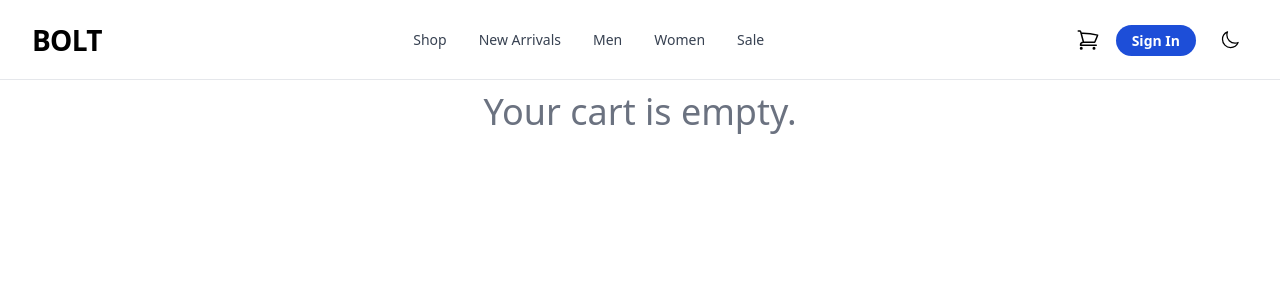
Repository: coder101-js/Ecommer-Store
Page: /Cart
An editor plug-in stored every save of this project. The page is shown before and after the next save, followed by the edit.
The browser window is 1280 px wide. The pictures show the whole page.
The project was rebuilt for these pictures with package versions that can differ from the ones it lists, and the page was loaded fresh each time. The framework's server and built-in components were replaced by stand-ins that run in the browser. Also part of the build but not shown: next.config.mjs.

Above is the page before, as saved 2025-07-19 20:17:17.

After the next save:
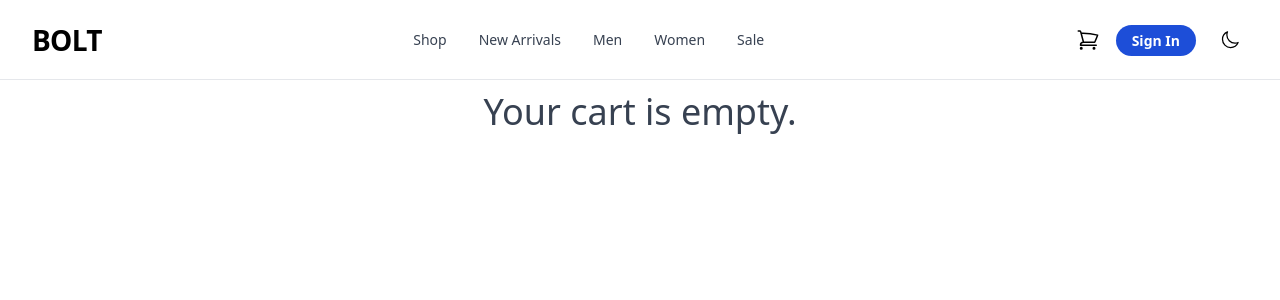
Saved 18 s later.
--- a/app/Cart/page.js
+++ b/app/Cart/page.js
@@ -17,7 +17,7 @@ export default function CartPage() {
       <h1 className="text-3xl font-bold mb-6">Your Cart 🛒</h1>
 
       {cart.length === 0 ? (
-        <p className="text-gray-500 text-4xl block text-center w-full dark:text-white">Your cart is empty.</p>
+        <p className="text-gray-700 text-4xl block text-center w-full dark:text-white">Your cart is empty.</p>
       ) : (
         <>
           <div className="space-y-6">
